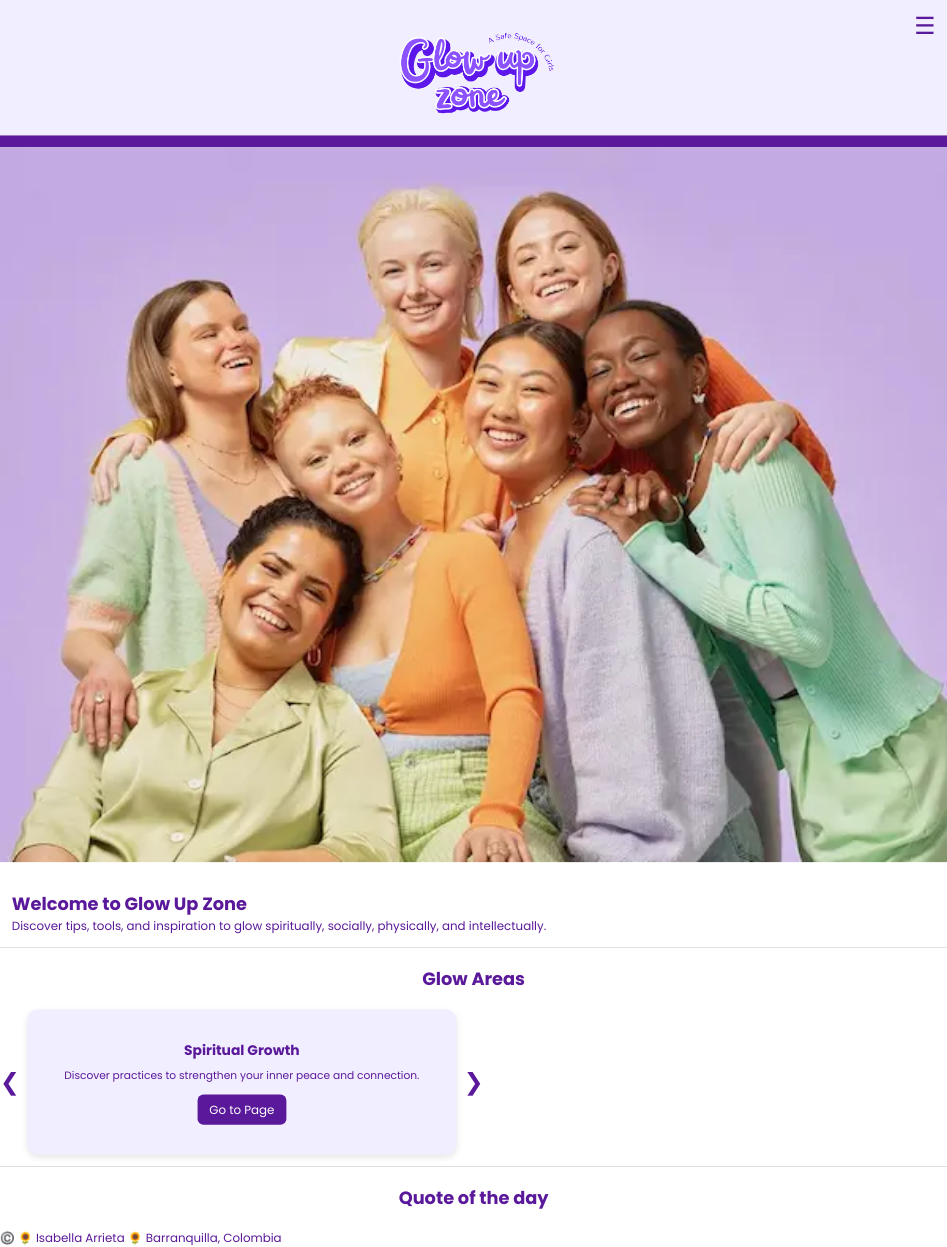
Repository: isaAJ05/wdd131
Page: final-project/final-project.html
An editor plug-in stored every save of this project. The page is shown before and after the next save, followed by the edit.
The browser window is 1280 px wide. The pictures show the whole page, at 74% of full size.

Above is the page before, as saved 2025-08-09 01:23:32.

After the next save:
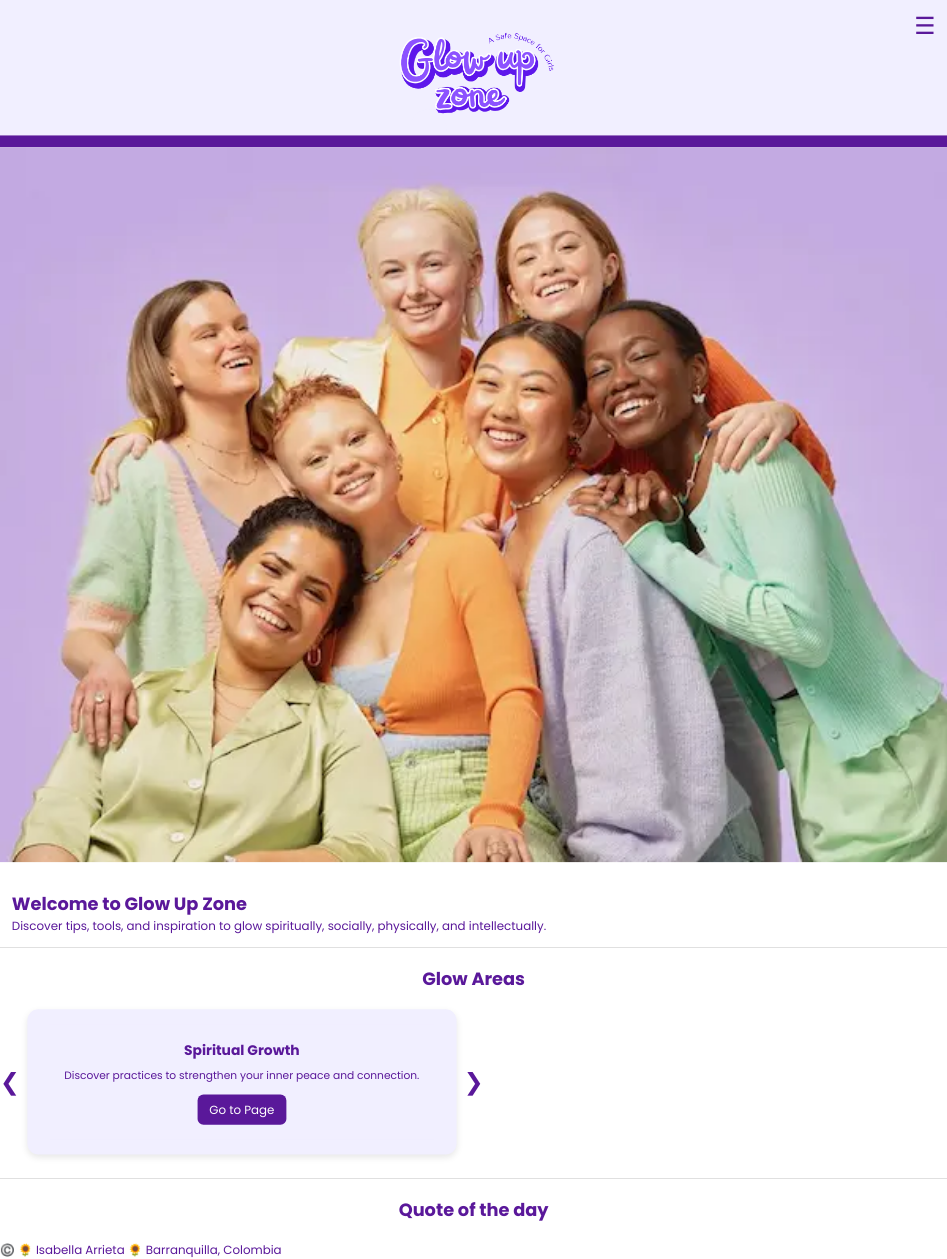
Saved 7 s later.
--- a/final-project/styles/final-project.css
+++ b/final-project/styles/final-project.css
@@ -152,5 +152,5 @@ h2{
 }
 .two{
     border-bottom: #D6D6D6 1px solid;
-    padding-bottom: 1rem;
+    padding-bottom: 2rem;
 }
